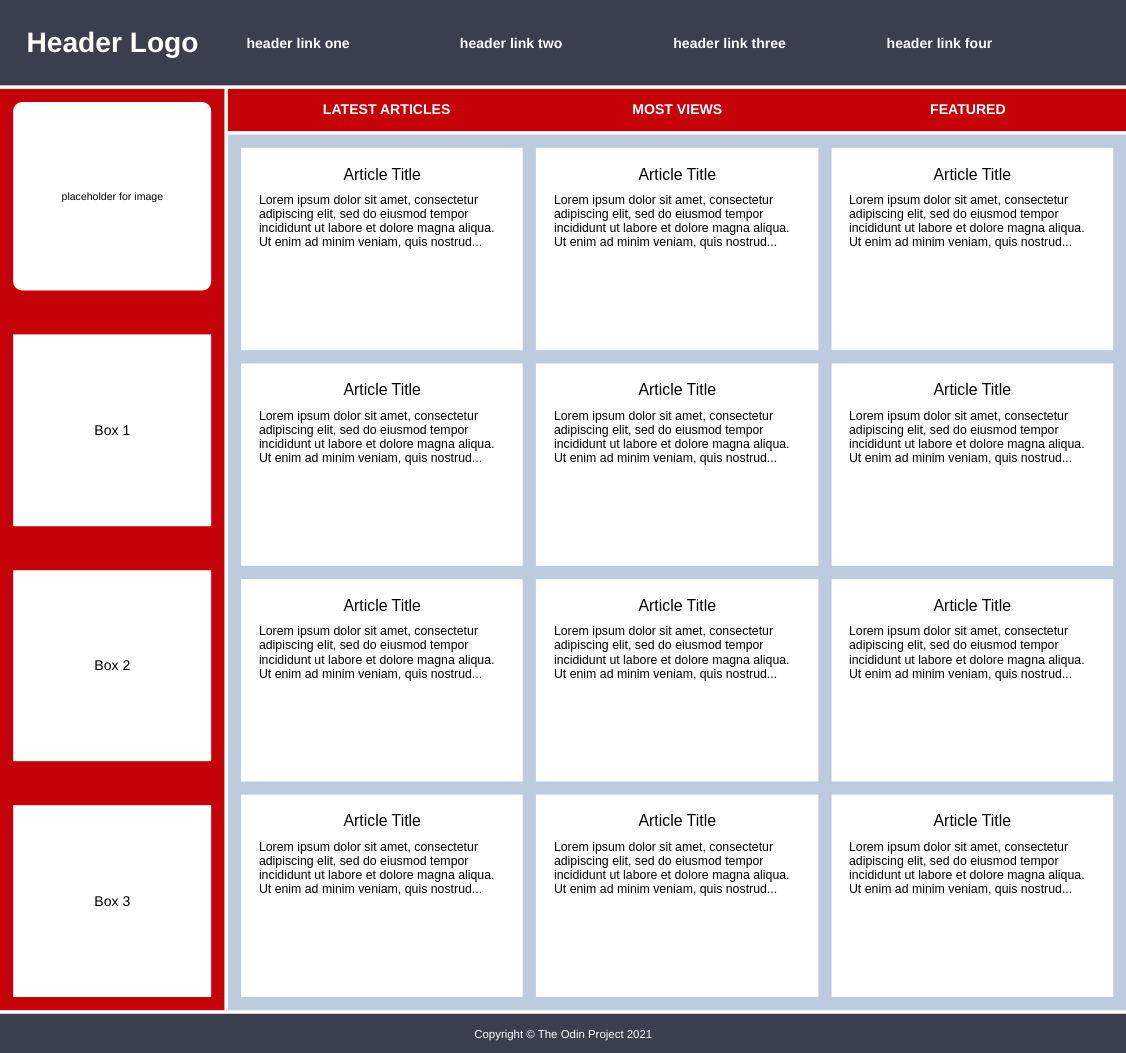
Repository: gkintu/css-exercises
Page: intermediate-html-css/advanced-grid/02-holy-grail-mockup/index.html
The author's editor kept a copy of each file at every save. The page is drawn from the files as they stood at one save, then again after the next save.
The browser window is 1280 px wide. The pictures show the whole page, at 88% of full size.

Above is the page before, as saved 2025-03-04 11:30:26.

### intermediate-html-css/advanced-grid/02-holy-grail-mockup/index.html
<!DOCTYPE html>
<html lang="en">
  <head>
    <meta charset="UTF-8">
    <meta http-equiv="X-UA-Compatible" content="IE=edge">
    <meta name="viewport" content="width=device-width, initial-scale=1.0">
    <title>Holy Grail Mockup</title>
    <link rel="stylesheet" href="style.css">
  </head>
  <body>
    <div class="container">

      <div class="header">
        <div class="logo">Header Logo</div>
        <div class="menu">
          <ul>
            <li>header link one</li>
            <li>header link two</li>
            <li>header link three</li>
            <li>header link four</li>
          </ul>
        </div>
      </div>

      <div class="sidebar">
        <div class="photo">
          <p>placeholder for image</p>
        </div>
        <div class="side-content">Box 1
        </div>
        <div class="side-content">Box 2
        </div>
        <div class="side-content">Box 3
        </div>
      </div>

      <div class="nav">
        <ul>
          <li>Latest Articles</li>
          <li>Most Views</li>
          <li>Featured</li>
        </ul>
      </div>

      <div class="article">
        <div class="card">
          <p class="title">Article Title</p>
          <p>Lorem ipsum dolor sit amet, consectetur adipiscing elit, sed do eiusmod tempor incididunt ut labore et dolore magna aliqua. Ut enim ad minim veniam, quis nostrud...</p>
        </div>
        <div class="card">
          <p class="title">Article Title</p>
          <p>Lorem ipsum dolor sit amet, consectetur adipiscing elit, sed do eiusmod tempor incididunt ut labore et dolore magna aliqua. Ut enim ad minim veniam, quis nostrud...</p>
        </div>
        <div class="card">
          <p class="title">Article Title</p>
          <p>Lorem ipsum dolor sit amet, consectetur adipiscing elit, sed do eiusmod tempor incididunt ut labore et dolore magna aliqua. Ut enim ad minim veniam, quis nostrud...</p>
        </div>
        <div class="card">
          <p class="title">Article Title</p>
          <p>Lorem ipsum dolor sit amet, consectetur adipiscing elit, sed do eiusmod tempor incididunt ut labore et dolore magna aliqua. Ut enim ad minim veniam, quis nostrud...</p>
        </div>
        <div class="card">
          <p class="title">Article Title</p>
          <p>Lorem ipsum dolor sit amet, consectetur adipiscing elit, sed do eiusmod tempor incididunt ut labore et dolore magna aliqua. Ut enim ad minim veniam, quis nostrud...</p>
        </div>
        <div class="card">
          <p class="title">Article Title</p>
          <p>Lorem ipsum dolor sit amet, consectetur adipiscing elit, sed do eiusmod tempor incididunt ut labore et dolore magna aliqua. Ut enim ad minim veniam, quis nostrud...</p>
        </div>
        <div class="card">
          <p class="title">Article Title</p>
          <p>Lorem ipsum dolor sit amet, consectetur adipiscing elit, sed do eiusmod tempor incididunt ut labore et dolore magna aliqua. Ut enim ad minim veniam, quis nostrud...</p>
        </div>
        <div class="card">
          <p class="title">Article Title</p>
          <p>Lorem ipsum dolor sit amet, consectetur adipiscing elit, sed do eiusmod tempor incididunt ut labore et dolore magna aliqua. Ut enim ad minim veniam, quis nostrud...</p>
        </div>
        <div class="card">
          <p class="title">Article Title</p>
          <p>Lorem ipsum dolor sit amet, consectetur adipiscing elit, sed do eiusmod tempor incididunt ut labore et dolore magna aliqua. Ut enim ad minim veniam, quis nostrud...</p>
        </div>
        <div class="card">
          <p class="title">Article Title</p>
          <p>Lorem ipsum dolor sit amet, consectetur adipiscing elit, sed do eiusmod tempor incididunt ut labore et dolore magna aliqua. Ut enim ad minim veniam, quis nostrud...</p>
        </div>
        <div class="card">
          <p class="title">Article Title</p>
          <p>Lorem ipsum dolor sit amet, consectetur adipiscing elit, sed do eiusmod tempor incididunt ut labore et dolore magna aliqua. Ut enim ad minim veniam, quis nostrud...</p>
        </div>
        <div class="card">
          <p class="title">Article Title</p>
          <p>Lorem ipsum dolor sit amet, consectetur adipiscing elit, sed do eiusmod tempor incididunt ut labore et dolore magna aliqua. Ut enim ad minim veniam, quis nostrud...</p>
        </div>
      </div>

      <div class="footer">
        <p>Copyright © The Odin Project 2021</p>
      </div>

    </div>
  </body>
</html>

### intermediate-html-css/advanced-grid/02-holy-grail-mockup/style.css
* {
  margin: 0;
  padding: 0;
}

.container {
  display: grid;
  text-align: center;
  grid-template-columns: 1fr 4fr;
  gap: 4px;
}

.container div {
  padding: 15px;
  font-size: 32px;
  font-family: Helvetica;
  font-weight: bold;
  color: white;
}

.header {

  background-color: #393f4d;
  display: grid;
  grid-column: 1 / 3;
  grid-template-columns: 1fr 4fr;
  align-items: center;

}

.logo {
  justify-self: start;
}

.menu {
  grid-column: 2 / 3;

}

.menu ul {
  display: grid;
  list-style-type: none;
  grid-template-columns: repeat(4, 1fr);
  justify-items: start;
}



.menu ul,
.menu li {
  font-size: 16px;
}

.sidebar {
  background-color: #C50208;
  display:grid;
  gap: 50px;

  grid-column: 1 / 2;
  grid-row: 2/4;
}

.photo,
.side-content {
  display:grid;
  align-items: center;
}

.sidebar .photo {
  background-color: white;
  color: black;
  font-size: 12px;
  font-weight: normal;
  border-radius: 10px;

}


.sidebar .side-content {
  background-color: white;
  color: black;
  font-size: 16px;
  font-weight: normal;
}

.nav {

  background-color: #C50208;
  grid-column: 2 / 3;
  grid-row: 2;
  align-self: start;
}

.nav ul {
  display:grid;
  grid-template-columns: repeat(3, 1fr);

}

.nav ul li {
  font-size: 16px;
  text-transform: uppercase;
  list-style-type: none;
}

.article {

  background-color: #bccbde;
  grid-column: 2 / 3;
  grid-row: 3;
  display:grid;
  grid-template-columns: repeat(auto-fit, minmax(250px, 1fr));
  gap: 15px;

}

.card {
  height: 200px;

}

.article p {
  font-size: 18px;
  font-family: sans-serif;
  color: white;
  text-align: left;
  padding:2px;
}

.article .card {
  background-color: #FFFFFF;
  color: black;
  text-align: center;
}

.card p {
  color: black;
  font-weight: normal;
  font-size: 14px;
  padding: 5px;
}

.card .title {
  font-size: 18px;
  text-align: center;
}

.footer {


  background-color: #393f4d;
  grid-column: 1 / 3;
  grid-row: 4;
}

.footer p {
  font-size: 13px;
  font-weight: normal;
}

After the next save:
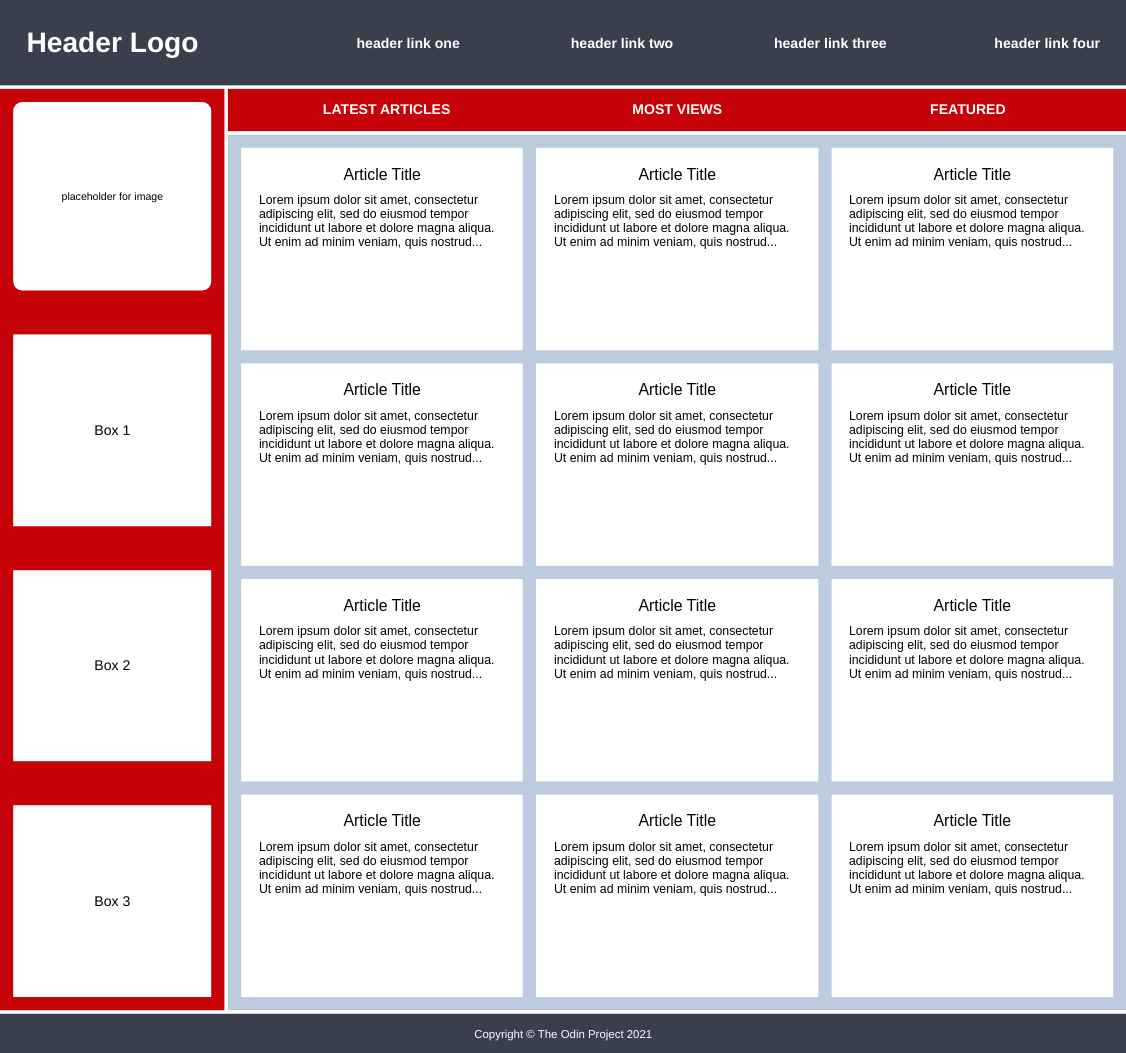
Saved 6 min 40 s later.
--- a/intermediate-html-css/advanced-grid/02-holy-grail-mockup/style.css
+++ b/intermediate-html-css/advanced-grid/02-holy-grail-mockup/style.css
@@ -41,7 +41,7 @@
   display: grid;
   list-style-type: none;
   grid-template-columns: repeat(4, 1fr);
-  justify-items: start;
+  justify-items: end;
 }
 
 
